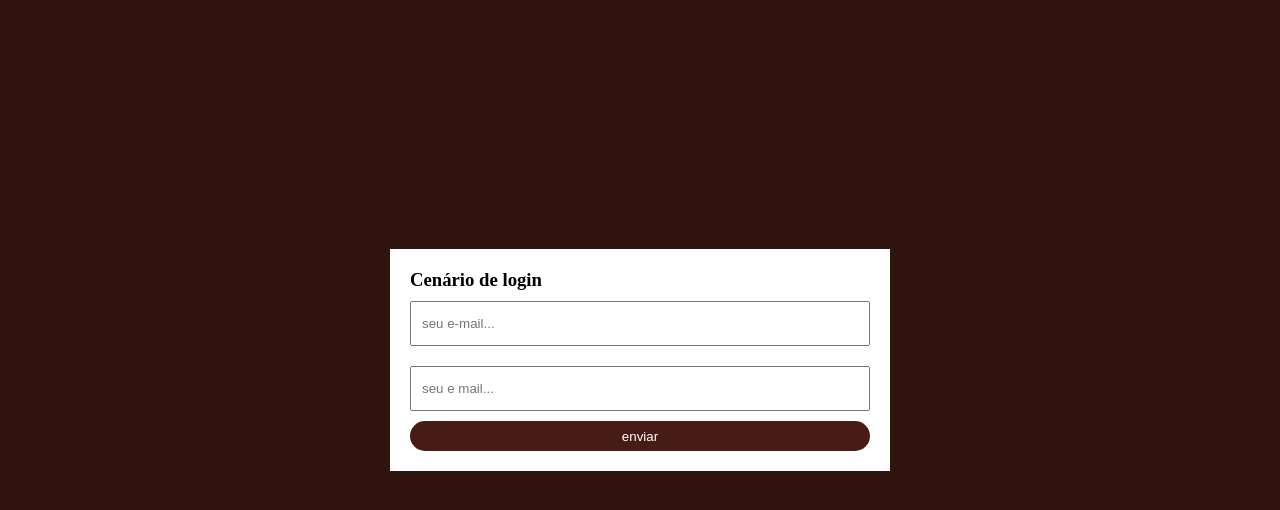
Repository: josceno/Sistema-para-controle-de-experimenta-o-animal
Page: index.html
The author's editor kept a copy of each file at every save. The page is drawn from the files as they stood at one save, then again after the next save.
The browser window is 1280 px wide. The pictures show the whole page.

Above is the page before, as saved 2021-09-13 15:57:40.

### index.html
<html>
    <head>
        <title>Form Contato</title>

    </head>
    <style>
        *{margin:0; padding:0;box-sizing: border-box;}
        body
        {
            background-color: #31140f;
        }
        form
        {
            background-color: white;
            max-width: 500px;
            width: 70%;
            padding:20px;
            position:absolute;
            left: 50%;
            top: 50%;

            transform: translate(-50%,-50%);
        }
        form input[type=text],
        form input[type =text]{
            width: 100%;
            height: 45px;
            border:ipx solid #ccc;
            padding-left: 10px;
            margin: 10px 0;
        }
        form input[type=submit]
        {
            width: 100%;
            height:30px;
            cursor: pointer;
            background : #471c14;
            color: white;
            border: 0;
            border-radius:20px;


        }
    </style>

    <body>

        <form>
            <h3>Cenário de login</h3>
            <input type="text" name ="email" placeholder= "seu e-mail..."/>
            <input type = "text" name = "email" placeholder=  "seu e mail..."/>
            <input type =  "submit"name = "acao" value = "enviar"/>
        </form>
    </body>
</html>

After the next save:
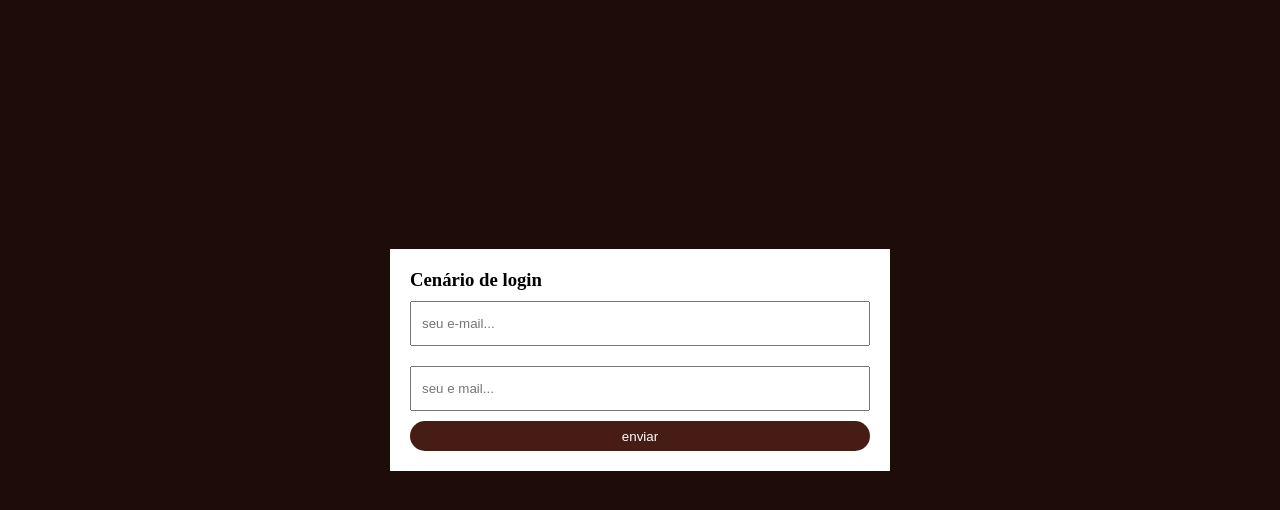
Saved 19 s later.
--- a/index.html
+++ b/index.html
@@ -7,7 +7,7 @@
         *{margin:0; padding:0;box-sizing: border-box;}
         body
         {
-            background-color: #31140f;
+            background-color: #1d0c09;
         }
         form
         {
